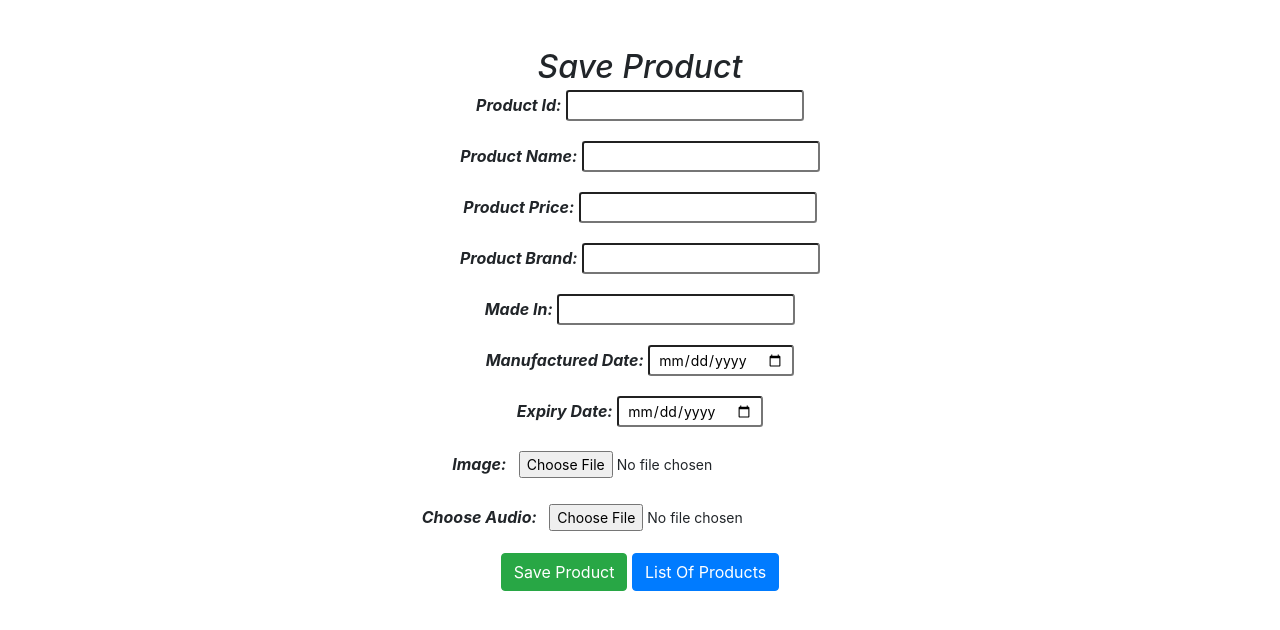
Repository: ananthaanusha/advjavaprograms
Page: ProductManagementApp/src/main/webapp/addProduct.html
These files come from the project's save history. The page is drawn as it stood at one moment and after the next save; the edit follows.
The browser window is 1280 px wide. The pictures show the whole page.

Above is the page before, as saved 2024-03-10 12:32:54.

After the next save:
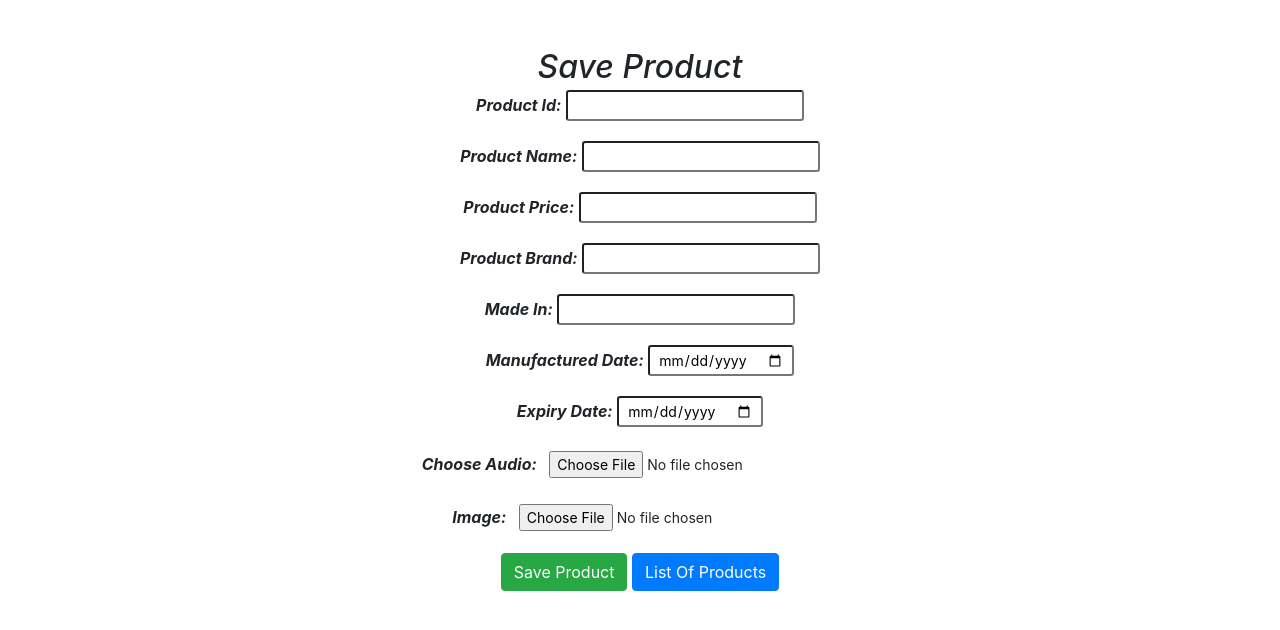
Saved 5 min 43 s later.
--- a/ProductManagementApp/src/main/webapp/addProduct.html
+++ b/ProductManagementApp/src/main/webapp/addProduct.html
@@ -54,6 +54,10 @@
 		<input type="date" class="form-control-sm" id="eDate" name="eDate" >
 		</div>
 
+		 <div class="form-group">
+		<label class="font-italic font-weight-bold" for="audio">Choose Audio:</label>
+		<input type="file" class="form-control-sm" id="audio" name="audio" accept="audio/*">
+		</div>
 
 		<div class="form-group">
 		<label class="font-italic font-weight-bold" for="proImage">Image:</label>
@@ -61,10 +65,7 @@
 		</div>
 
 
-		 <div class="form-group">
-		<label class="font-italic font-weight-bold" for="audio">Choose Audio:</label>
-		<input type="file" class="form-control-sm" id="audio" name="audio" accept="audio/*">
-		</div>
+
 
 		<!--  <div class="form-group">
 		<label class="font-italic font-weight-bold" for="video">Choose Video:</label>

After the save that followed:
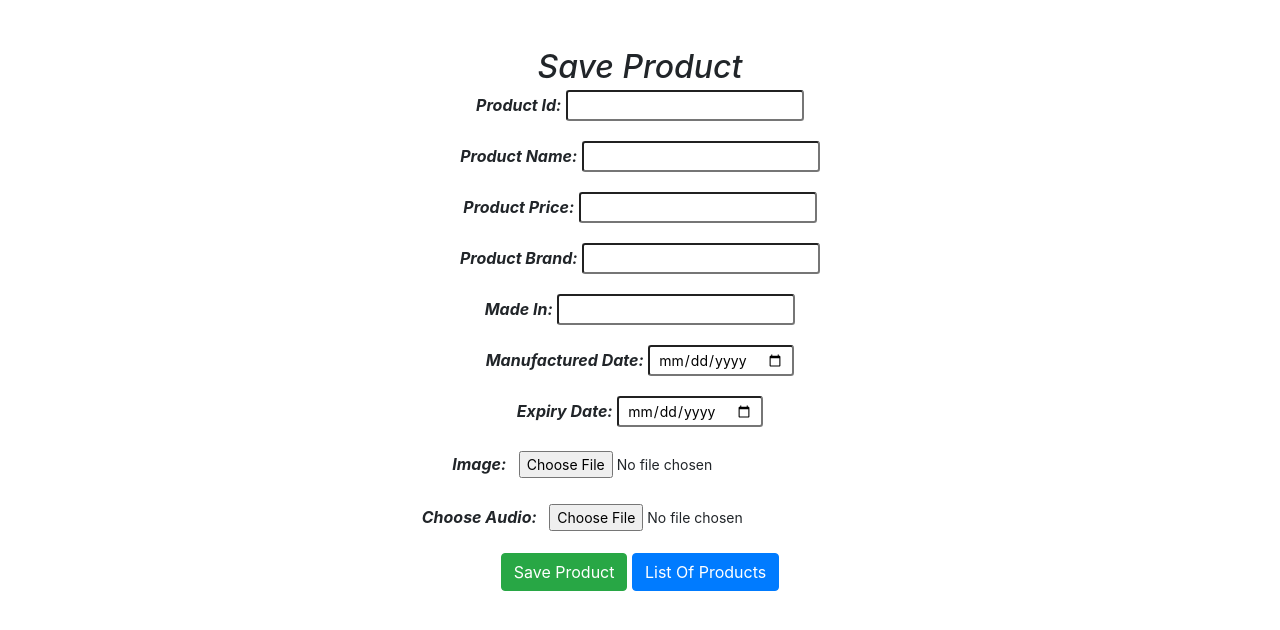
Saved 115 s later.
--- a/ProductManagementApp/src/main/webapp/addProduct.html
+++ b/ProductManagementApp/src/main/webapp/addProduct.html
@@ -54,17 +54,17 @@
 		<input type="date" class="form-control-sm" id="eDate" name="eDate" >
 		</div>
 
-		 <div class="form-group">
-		<label class="font-italic font-weight-bold" for="audio">Choose Audio:</label>
-		<input type="file" class="form-control-sm" id="audio" name="audio" accept="audio/*">
-		</div>
+
 
 		<div class="form-group">
 		<label class="font-italic font-weight-bold" for="proImage">Image:</label>
 		<input type="file" class="form-control-sm" id="proImage" name="proImage" accept="image/*">
 		</div>
 
-
+		 <div class="form-group">
+		<label class="font-italic font-weight-bold" for="audio">Choose Audio:</label>
+		<input type="file" class="form-control-sm" id="audio" name="audio" accept="audio/*">
+		</div>
 
 
 		<!--  <div class="form-group">
